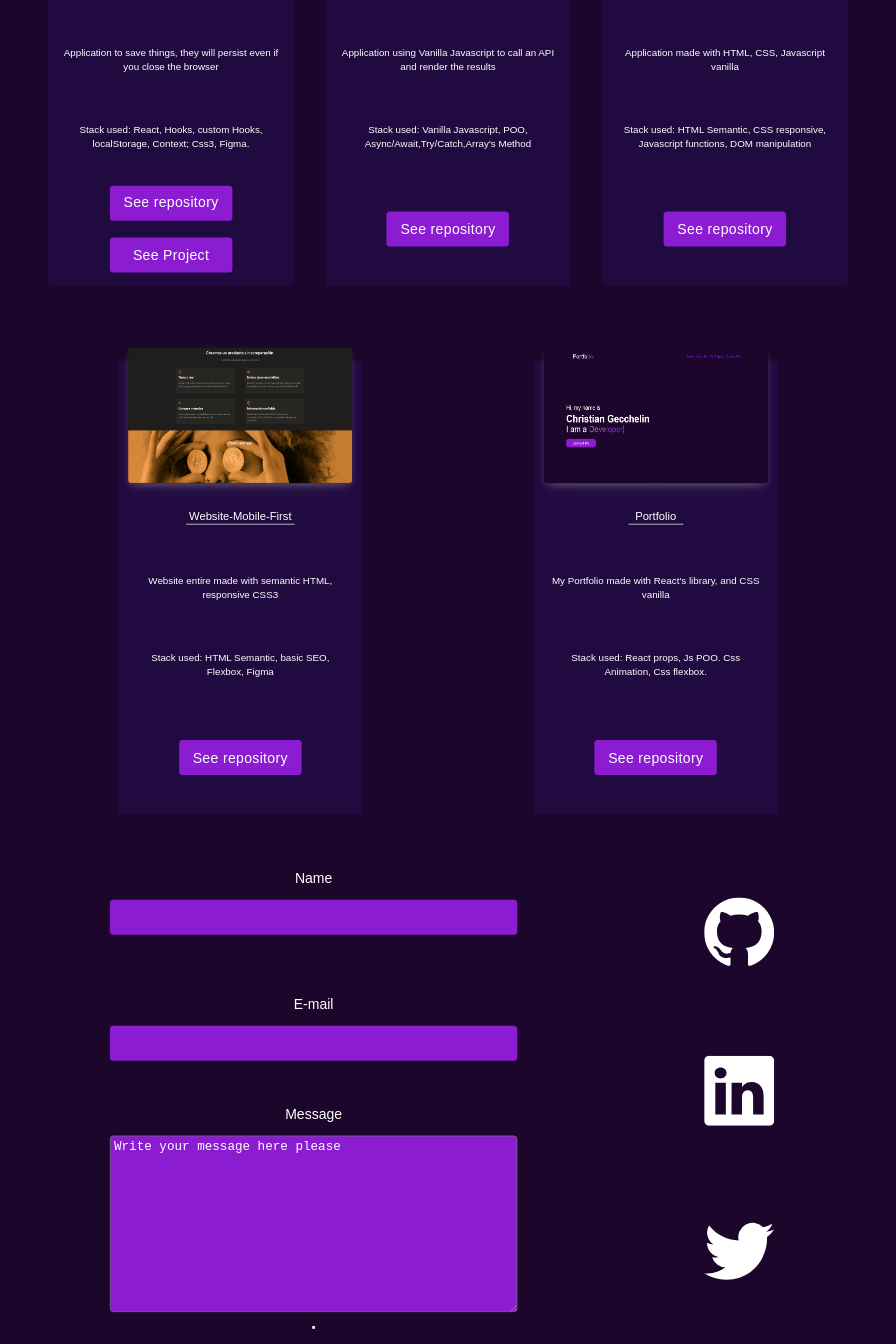
Repository: ChristianGecchelin/portfolio-web
Page: /
These files come from the project's save history. The page is drawn as it stood at one moment and after the next save; the edit follows.
The browser window is 1280 px wide. The pictures show the part of the page from y = 1715 to 3635 px (the page is 3635 px tall), at 70% of full size.
The project was rebuilt for these pictures with package versions that can differ from the ones it lists, and the page was loaded fresh each time.

Above is the page before, as saved 2022-01-22 18:08:45.

### public/index.html
<!DOCTYPE html>
<html lang="en">
  <head>
    <meta charset="utf-8" />
    <link rel="icon" href="%PUBLIC_URL%/favicon.ico" />
    <meta name="viewport" content="width=device-width, initial-scale=1" />
    <meta name="theme-color" content="#000000" />
    <meta name="description" content="Portfolio Online Christian Gecchelin" />
    <link rel="apple-touch-icon" href="%PUBLIC_URL%/logo192.png" />

    <link rel="manifest" href="%PUBLIC_URL%/manifest.json" />

    <title>Portfolio Christian</title>
  </head>
  <body>
    <noscript>You need to enable JavaScript to run this app.</noscript>
    <div id="root"></div>
  </body>
</html>

### src/index.js
import React from "react";
import ReactDOM from "react-dom";

import App from "./App/index";
import "./index.css";
ReactDOM.render(<App />, document.getElementById("root"));

### src/App/index.js
import { AppUI } from "./AppUI";
import "./App.css";

function App() {
  return <AppUI></AppUI>;
}

export default App;

### src/index.css
* {
  box-sizing: border-box;
  margin: 0;
  padding: 0;
}
html {
  font-size: 62.5%;
  font-family: "DM Sans", sans-serif;
}
body {
  background: #1d062b;
  width: 100%;
  height: 100vh;
}

### src/App/AppUI.js
import React from "react";
import { Header } from "../Header/Index.js";
import { Home } from "../Home/Index.js";
import { AboutMe } from "../AboutMe/index.js";
import { MyProjects } from "../MyProjects/index.js";
import { ContactMe } from "../ContactMe/index.js";
import "./App.css";

function AppUI() {
  return (
    <>
      <Header />
      <Home />
      <AboutMe />
      <MyProjects />
      <ContactMe />
    </>
  );
}
export { AppUI };

### src/Header/Index.js
import React from "react";
import { NavBar } from "./NavBar";
import "./header.css";

function Header() {
  return (
    <header>
      <h1>
        Portfo<span>lio.</span>
      </h1>
      <NavBar />
    </header>
  );
}
export { Header };

### src/Home/Index.js
import React from "react";
import "./Home.css";
function Home() {
  return (
    <section className="Home-container">
      <div className="text-container">
        <p className="first-lineText">Hi, my name is</p>
        <p className="principal-lineText">Christian Gecchelin</p>
        <p className="secondary-lineText">I am a</p>
        <div className="span-container">
          <span data-text="Developer">Developer </span>
        </div>
      </div>
      <button type="button" className="contact-button">
        Contact Me
      </button>
    </section>
  );
}
export { Home };

### src/AboutMe/index.js
import React from "react";
import "./AboutMe.css";
import profile from "../Assets/profile.jpg";
function AboutMe() {
  return (
    <section className="AboutMe-container">
      <div className="image-container">
        <img
          className="image"
          src={profile}
          alt="Christian Gecchelin"
          title="Christian Gecchelin"
        ></img>
      </div>
      <div className="information-container">
        <p className="">
          Hi I'm Christian, I am a <b>ReactJs</b> junior developer. You can see
          all my projects in the next slide. I have project based on frontEnd
          technologies like HTML5, CSS3, vanilla JavaScript and also ReactJs.
          I'm looking for my first professional experience as an employee.
        </p>
        <button>Curriculum</button>
      </div>
    </section>
  );
}
export { AboutMe };

### src/MyProjects/index.js
import React from "react";
import ToDoApp from "../Assets/to-do-app.png";
import Rick from "../Assets/rick.png";
import Calculator from "../Assets/calculator.png";
import Mobile from "../Assets/mobile.png";
import Portfolio from "../Assets/portfolio.png";
import "./MyProjects.css";
function MyProjects() {
  return (
    <section className="project-section">
      <div className="vh-container">
        <div className="project-card">
          <img
            className="card-image"
            src={ToDoApp}
            alt="ToDoAppImage"
            title="ToDoAppImage"
          ></img>
          <div className="card-text-container">
            <h3 className="card-title">To-Do-App</h3>
            <p className="card-text">
              Application to save things, they will persist even if you close
              the browser
            </p>
            <p className="card-text">
              Stack used: React, Hooks, custom Hooks, localStorage, Context;
              Css3, Figma.
            </p>
          </div>
          <div className="button-container">
            <button>See repository</button>
            <button>See Project</button>
            {/* Crear componentes botones */}
          </div>
        </div>
      </div>
      <div className="vh-container">
        <div className="project-card">
          <img
            className="card-image"
            src={Rick}
            alt="ToDoAppImage"
            title="ToDoAppImage"
          ></img>
          <div className="card-text-container">
            <h3 className="card-title xl">Rick And Morty</h3>
            <p className="card-text">
              Application using Vanilla Javascript to call an API and render the
              results
            </p>
            <p className="card-text">
              Stack used: Vanilla Javascript, POO, Async/Await,Try/Catch,Array's
              Method
            </p>
          </div>
          <div className="button-container">
            <button>See repository</button>
            {/* Crear componentes botones */}
          </div>
        </div>
      </div>
      <div className="vh-container">
        <div className="project-card">
          <img
            className="card-image"
            src={Calculator}
            alt="ToDoAppImage"
            title="ToDoAppImage"
          ></img>
          <div className="card-text-container">
            <h3 className="card-title">Calculator</h3>
            <p className="card-text">
              Application made with HTML, CSS, Javascript vanilla
            </p>
            <p className="card-text">
              Stack used: HTML Semantic, CSS responsive, Javascript functions,
              DOM manipulation
            </p>
          </div>
          <div className="button-container">
            <button>See repository</button>
            {/* Crear componentes botones */}
          </div>
        </div>
      </div>
      <div className="vh-container">
        <div className="project-card">
          <img
            className="card-image"
            src={Mobile}
            alt="ToDoAppImage"
            title="ToDoAppImage"
          ></img>
          <div className="card-text-container">
            <h3 className="card-title xl">Website-Mobile-First</h3>
            <p className="card-text">
              Website entire made with semantic HTML, responsive CSS3
            </p>
            <p className="card-text">
              Stack used: HTML Semantic, basic SEO, Flexbox, Figma
            </p>
          </div>
          <div className="button-container">
            <button>See repository</button>
            {/* Crear componentes botones */}
          </div>
        </div>
      </div>
      <div className="vh-container">
        <div className="project-card">
          <img
            className="card-image"
            src={Portfolio}
            alt="Portfolio"
            title="Portfolio"
          ></img>
          <div className="card-text-container">
            <h3 className="card-title">Portfolio</h3>
            <p className="card-text">
              My Portfolio made with React's library, and CSS vanilla
            </p>
            <p className="card-text">
              Stack used: React props, Js POO. Css Animation, Css flexbox.
            </p>
          </div>
          <div className="button-container">
            <button>See repository</button>
            {/* Crear componentes botones */}
          </div>
        </div>
      </div>
    </section>
  );
}
export { MyProjects };

### src/ContactMe/index.js
import React from "react";
import { Axios } from "axios";
import { useState } from "react";
import { BsGithub } from "react-icons/bs";
import { BsLinkedin } from "react-icons/bs";
import { BsTwitter } from "react-icons/bs";
import "./ContactMe.css";
function ContactMe() {
  return (
    <section className="ContactMe-container">
      <div className="form-container">
        <form>
          <div className="form-section-container">
            <label>Name</label>
            <input required type={"text"}></input>
          </div>
          <div className="form-section-container">
            <label>E-mail</label>
            <input required type={"email"}></input>
          </div>
          <div className="form-section-container xl">
            <label>Message</label>
            <textarea
              required
              placeholder="Write your message here please"
            ></textarea>

            <button></button>
          </div>
        </form>
      </div>
      <div className="socialNetwork-container">
        <div className="card-container">
          <a href="https://github.com/ChristianGecchelin">
            <BsGithub />
          </a>
        </div>
        <div className="card-container">
          <a href="https://www.linkedin.com/in/christiangecchelin/">
            <BsLinkedin />
          </a>
        </div>
        <div className="card-container">
          <a href="https://twitter.com/ChristianGecche">
            <BsTwitter />
          </a>
        </div>
      </div>
    </section>
  );
}
export { ContactMe };

### src/Header/NavBar/index.js
import React from "react";
import { MobileNavigation } from "./MobileNavigation";
import { Navigation } from "./Navigation";
import "./NavBar.css";
function NavBar() {
  return (
    <div className="NavBar">
      <MobileNavigation />
      <Navigation />
    </div>
  );
}
export { NavBar };

### src/Header/header.css
header {
  display: flex;
  flex-direction: row;
  justify-content: space-around;
  align-items: center;
  gap: 5%;
  width: 100%;
  height: 15vh;
}
header h1 {
  margin: 0;
  width: 20%;
  min-width: 200px;
  font-size: 3.5rem;
  letter-spacing: 1px;
  font-weight: 500;
  color: #fff;
}
header h1 span {
  background: linear-gradient(147deg, #ce93d8 0%, #8c1cd1 74%);
  background-clip: text;
  color: transparent;
  font-weight: 500;
}
@media (max-width: 750px) {
  header {
    justify-content: center;
    gap: 0;
  }
}

### src/Home/Home.css
.Home-container {
  position: relative;
  display: flex;
  flex-direction: column;
  justify-content: center;
  align-items: flex-start;
  width: 80%;
  min-width: 280px;
  height: 85vh;
  margin: 0 auto;
  gap: 30px;
}
.Home-container .text-container {
  display: flex;
  flex-direction: row;
  align-items: flex-start;
  flex-wrap: wrap;
  width: 100%;
  height: auto;
  text-align: left;
}
.Home-container .text-container .first-lineText {
  width: 100%;
  font-size: 3.5rem;
  font-weight: 500;
  line-height: 6rem;
  color: #fff;
}
.Home-container .text-container .principal-lineText {
  width: 100%;
  font-size: 6rem;
  font-weight: 700;
  color: #fff;
}
.Home-container .text-container .secondary-lineText {
  font-size: 5rem;
  font-weight: 500;
  color: #fff;
  line-height: 5.2rem;
}
.span-container {
  position: relative;
  display: inline-block;
  margin-left: 15px;
  height: 52px;
}
.Home-container .text-container span {
  /* color: #1d062b;
  -webkit-text-stroke: 0.3vw yellow; */
  font-size: 5rem;
  font-weight: 500;
  line-height: 5.2rem;
  color: #1d062b;
}
.Home-container .text-container span::before {
  content: attr(data-text);
  position: absolute;
  top: 0;
  left: 0px;
  width: 0;
  height: 100%;
  padding-right: 3.9px;
  background: linear-gradient(147deg, #ce93d8 0%, #8c1cd1 74%);
  background-clip: text;
  color: transparent;
  border-right: 5px solid #8c1cd1;
  overflow: hidden;
  animation: animate 6s linear infinite;
}
.Home-container .contact-button {
  outline: none;
  width: 200px;
  height: 50px;
  background: #8c1cd1;
  border: none;
  border-radius: 15px;
  color: white;
  font-size: 2rem;
  letter-spacing: 1px;
  cursor: pointer;
}
@keyframes animate {
  0%,
  10%,
  100% {
    width: 0%;
  }
  70%,
  90% {
    width: 100%;
  }
}
@media (max-width: 769px) {
  .Home-container {
    align-items: center;
  }
  .Home-container .text-container {
    justify-content: center;
    text-align: center;
    align-items: center;
  }
}

### src/AboutMe/AboutMe.css
.AboutMe-container {
  display: flex;
  flex-direction: row;
  justify-content: center;
  align-items: center;
  flex-wrap: wrap;
  width: 90%;
  min-width: 300px;
  height: 100vh;
  margin: 0 auto;
}
.AboutMe-container .image-container {
  width: 50%;
  height: 50%;
  min-width: 320px;
}
.AboutMe-container .image-container .image {
  object-fit: cover;
  width: 100%;
  height: 100%;
}
.AboutMe-container .information-container {
  display: flex;
  flex-direction: column;
  justify-content: center;
  align-items: center;
  width: 50%;
  height: 50%;
  min-width: 320px;
  text-align: justify;
  gap: 30px;
}
.AboutMe-container .information-container p {
  font-size: 1.6rem;
  line-height: 2.2rem;
  font-weight: 400;
  color: #fff;
}
.AboutMe-container .information-container button {
  width: 200px;
  height: 50px;
  background: #8c1cd1;
  border: none;
  border-radius: 15px;
  color: white;
  font-size: 2rem;
  letter-spacing: 1px;
  cursor: pointer;
  margin: 0 auto;
}
@media (min-width: 700px) {
  .AboutMe-container {
    gap: 20px;
    flex-wrap: nowrap;
  }
  .AboutMe-container .image-container {
    width: 45%;
    height: 100%;
  }
  .AboutMe-container .information-container {
    height: 100%;
  }
}

### src/MyProjects/MyProjects.css
.project-section {
  display: flex;
  flex-direction: row;
  flex-wrap: wrap;
  align-items: center;
  justify-content: center;
  height: auto;
  min-width: 320px;
  margin: 0 auto;
}
.project-section .vh-container {
  display: flex;
  flex-direction: row;
  flex-wrap: wrap;
  align-items: center;
  justify-content: center;
  height: 100vh;
  min-width: 320px;
  margin: 0 auto;
}
.project-section .vh-container .project-card {
  position: relative;
  display: flex;
  flex-direction: column;
  justify-content: flex-start;
  align-items: center;
  max-width: 350px;
  min-width: 320px;
  height: 100vh;
  background: rgba(49, 27, 146, 0.2);
  text-align: center;
  gap: 5%;
}
.project-section .vh-container .project-card .card-image {
  width: 320px;
  height: 30%;
  object-fit: fill;
  box-shadow: 0px 8px 18px -9px rgba(255, 255, 255, 0.3),
    0px 4px 8px rgba(255, 255, 255, 0.1);
}
.project-section .vh-container .project-card .card-text-container {
  display: flex;
  flex-direction: column;
  align-items: center;
  justify-content: center;
  gap: 70px;
  height: 35%;
}
.project-section .vh-container .project-card .card-text-container .card-title {
  width: 25%;
  margin: 0 auto;
  font-size: 1.6rem;
  line-height: 2rem;
  font-weight: 500;
  color: #fff;
  border-bottom: 1px solid white;
}
.project-section .vh-container .project-card .card-text-container .xl {
  width: 50%;
}
.project-section .vh-container .project-card .card-text-container .card-text {
  font-size: 1.4rem;
  line-height: 2rem;
  font-weight: 400;
  color: #fff;
}

.project-section .vh-container .project-card .button-container {
  display: flex;
  flex-direction: column;
  align-items: center;
  justify-content: center;
  width: 100%;
  height: 25%;
  gap: 15%;
}
.project-section .vh-container .project-card .button-container button {
  height: 50px;
  width: 50%;
  min-width: 175px;
  padding: 5px 10px;
  outline: none;
  border: none;
  border-radius: 5px;
  color: #fff;
  background: #8c1cd1;
  font-size: 2rem;
  letter-spacing: 0.5px;
  cursor: pointer;
}
@media (min-width: 700px) {
  .project-section {
    justify-content: space-around;
    width: 90%;
    gap: 35px;
  }
  .project-section .vh-container .project-card {
    height: 90%;
    position: relative;
    justify-content: flex-end;
    border-radius: 5px;
  }
  .project-section .vh-container .project-card .card-image {
    position: absolute;
    top: calc(-3%);
    border-radius: 5px;
  }
  .project-section .vh-container .project-card .card-text-container {
    height: 241px;
    padding: 0 20px;
  }
}

### src/ContactMe/ContactMe.css
.ContactMe-container {
  display: flex;
  flex-direction: row;
  flex-wrap: wrap;
  align-items: center;
  justify-content: center;
  height: 100vh;
  width: 100%;
  min-width: 320px;
}
.ContactMe-container .form-container {
  height: 100vh;
  min-width: 320px;
  width: 45%;
  text-align: center;
}
.ContactMe-container .form-container form {
  display: flex;
  flex-direction: column;
  align-items: center;
  justify-content: space-around;
  width: 100%;
  height: 100%;
}
.ContactMe-container .form-container form .form-section-container {
  display: flex;
  flex-direction: column;
  align-items: center;
  justify-content: center;
  width: 70%;
  height: 25%;
  gap: 20px;
}
.ContactMe-container .form-container form .xl {
  height: 50%;
}
.ContactMe-container .form-container form label {
  color: #fff;
  font-size: 2rem;
  line-height: 2.2rem;
}
.ContactMe-container .form-container form input {
  height: 50px;
  width: 100%;
  border: none;
  outline: none;
  border-radius: 5px;
  background: #8c1cd1;
  padding: 5px;
  color: #fff;
  font-size: 1.6rem;
}
.ContactMe-container .form-container form textarea {
  height: 70%;
  width: 100%;
  background: #8c1cd1;
  padding: 5px;
  color: #fff;
  border-radius: 5px;
  font-size: 1.8rem;
}
.ContactMe-container .form-container form textarea::placeholder {
  color: #fff;
  font-size: 1.8rem;
}
.ContactMe-container .form-container form textarea:focus {
  outline: none;
  border: 2px solid rgb(156, 156, 156);
}
.ContactMe-container .form-container form input:focus {
  border: 2px solid rgb(156, 156, 156);
}

.socialNetwork-container {
  display: flex;
  flex-direction: column;
  flex-wrap: wrap;
  align-items: center;
  justify-content: center;
  height: 100vh;
  width: 45%;
  min-width: 320px;
  gap: 10px;
}
.socialNetwork-container .card-container {
  display: flex;
  flex-direction: column;
  justify-content: center;
  align-items: center;
  width: 50%;
  height: 30%;
}
.socialNetwork-container .card-container svg {
  width: 10rem;
  height: 10rem;
  margin: auto;
  color: #fff;
}
.socialNetwork-container .card-container:hover {
  box-shadow: 0px 8px 18px -9px rgba(255, 255, 255, 0.6),
    0px 4px 8px rgba(255, 255, 255, 0.8);
}
@media (min-width: 700px) {
  .ContactMe-container .form-container {
    width: 65%;
  }
  .socialNetwork-container {
    width: 30%;
    min-width: 0px;
  }
}

### src/Header/NavBar/MobileNavigation.js
import React, { useState } from "react";
import "./NavBar.css";
import { NavLinks } from "./NavLinks";
import { TiThMenu } from "react-icons/ti";
function MobileNavigation() {
  const [open, setOpen] = useState(false);
  const closeMobileMenu = () => setOpen(false);
  return (
    <nav className="MobileNavigation">
      <TiThMenu className="hamburguer" onClick={() => setOpen(!open)} />
      {open && <NavLinks isMobile={true} closeMobileMenu={closeMobileMenu} />}
    </nav>
  );
}
export { MobileNavigation };

### src/Header/NavBar/Navigation.js
import React from "react";
import "./NavBar.css";
import { NavLinks } from "./NavLinks";
function Navigation() {
  return (
    <nav className="Navigation">
      <NavLinks />
    </nav>
  );
}
export { Navigation };

### src/Header/NavBar/NavBar.css
.NavBar .MobileNavigation {
  display: none;
}
.NavBar .Navigation {
  display: flex;
  align-items: center;
}
.NavBar nav ul {
  display: flex;
  flex-direction: row;
  justify-content: flex-end;
  gap: 15px;
  text-align: center;
  list-style: none;
}
.NavBar nav ul li a {
  font-size: 1.8rem;
  font-weight: 500;
  line-height: 2rem;
  text-decoration: none;
  color: #8c1cd1;
}
a:visited {
  color: #8c1cd1;
}
.NavBar nav ul li a:hover {
  color: #fff;
}
@media (max-width: 750px) {
  .NavBar .Navigation {
    display: none;
  }
  .NavBar .MobileNavigation {
    display: flex;
    align-items: center;
  }
  .NavBar .MobileNavigation .hamburguer {
    position: absolute;
    color: #fff;
    height: 2rem;
    width: 2rem;
    cursor: pointer;
    z-index: 2;
  }
  .NavBar nav ul {
    display: flex;
    flex-direction: column;
    justify-content: center;
    gap: 10px;
    position: absolute;
    margin: 0;
    top: 0;
    right: 0;
    width: 100%;
    height: 100vh;
    background: rgba(0, 0, 0, 0.95);
    text-align: center;
    z-index: 1;
  }
  .NavBar nav ul li a {
    font-size: 2.4rem;
    font-weight: 500;
    line-height: 2.5rem;
    text-decoration: none;
    letter-spacing: 1px;
  }
  a:visited {
    color: #8c1cd1;
  }
}

### src/Header/NavBar/NavLinks.js
import React from "react";
import "./NavBar.css";
import { motion } from "framer-motion";
function NavLinks(props) {
  const animateFrom = { opacity: 0, y: -40 };
  const animateTo = { opacity: 1, y: 0 };
  return (
    <ul>
      <motion.li
        initial={animateFrom}
        animate={animateTo}
        transition={{ delay: 0.05 }}
        onClick={() => props.isMobile && props.closeMobileMenu()}
      >
        <a href="#home">Home</a>
      </motion.li>
      <motion.li
        initial={animateFrom}
        animate={animateTo}
        transition={{ delay: 0.1 }}
        onClick={() => props.isMobile && props.closeMobileMenu()}
      >
        <a href="#aboutMe">About Me</a>
      </motion.li>
      <motion.li
        initial={animateFrom}
        animate={animateTo}
        transition={{ delay: 0.2 }}
        onClick={() => props.isMobile && props.closeMobileMenu()}
      >
        <a href="#myProjects">My Projects</a>
      </motion.li>
      <motion.li
        initial={animateFrom}
        animate={animateTo}
        transition={{ delay: 0.3 }}
        onClick={() => props.isMobile && props.closeMobileMenu()}
      >
        <a href="#contactMe">Contact Me</a>
      </motion.li>
    </ul>
  );
}
export { NavLinks };

Loaded but not shown: src/App/App.css (common file)

After the next save:
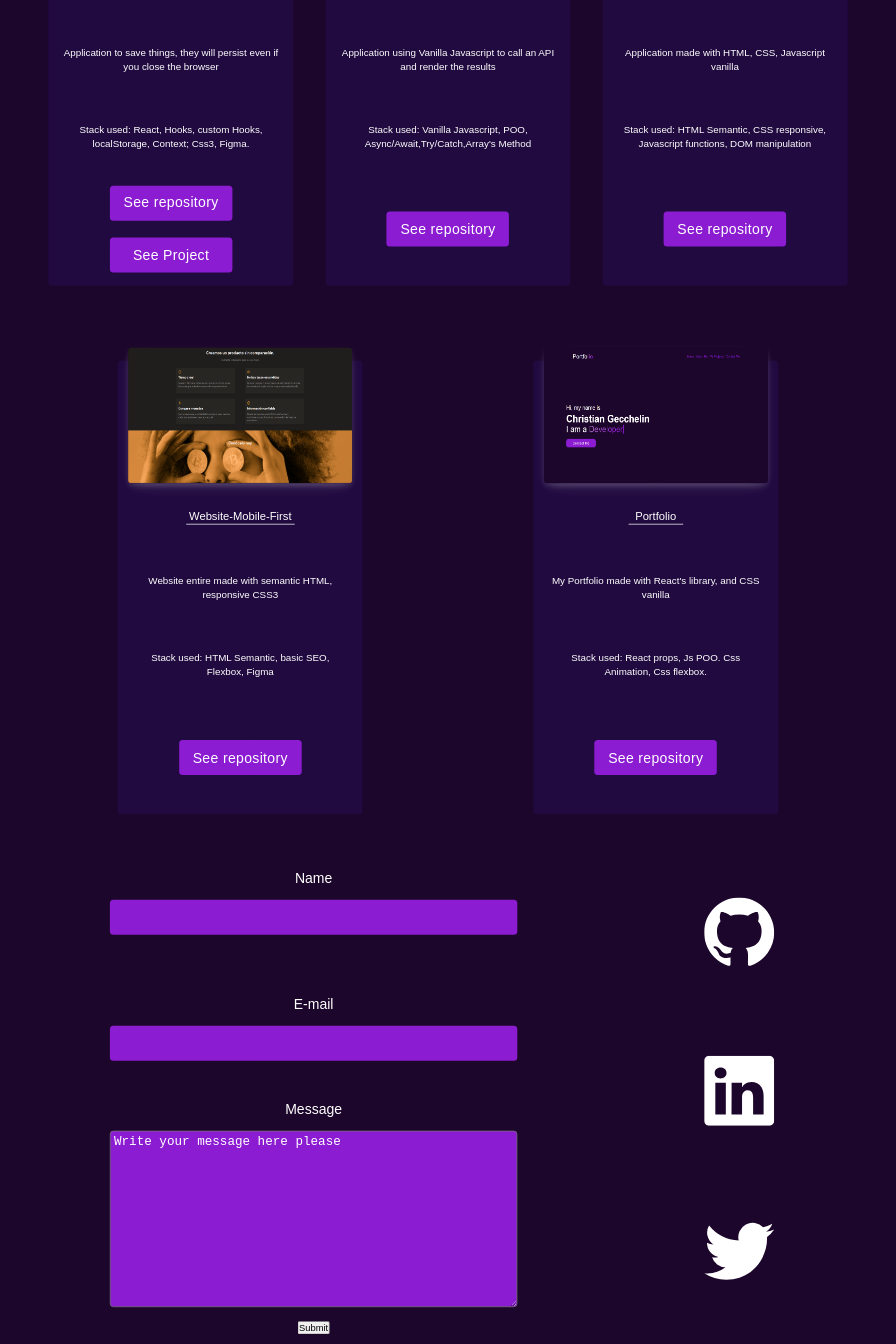
Saved 38 s later.
--- a/src/ContactMe/index.js
+++ b/src/ContactMe/index.js
@@ -25,7 +25,7 @@
               placeholder="Write your message here please"
             ></textarea>
 
-            <button></button>
+            <button type="submit">Submit</button>
           </div>
         </form>
       </div>
